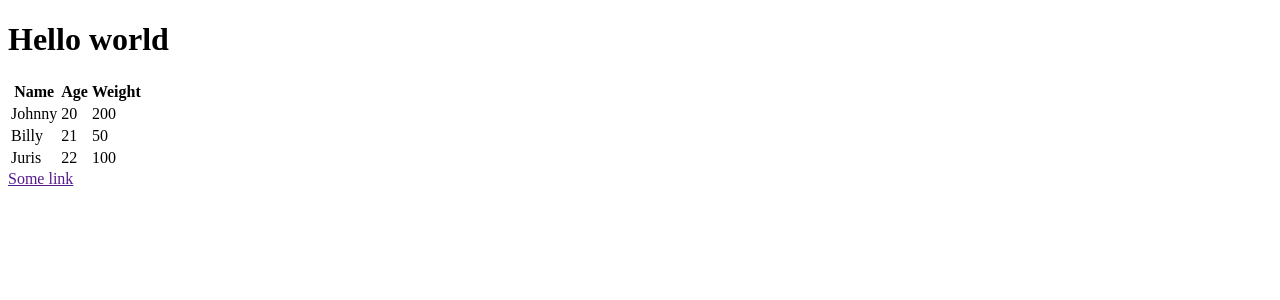
Repository: janismozgis-rcs/gurpa_5_test
Page: http://localhost/
An editor plug-in stored every save of this project. The page is shown before and after the next save, followed by the edit.
The browser window is 1280 px wide. The pictures show the whole page.
The page is run by PHP 8.4 with error messages shown; the project is at /var/www/html/.

Above is the page before, as saved 2018-06-18 20:22:29.

After the next save:
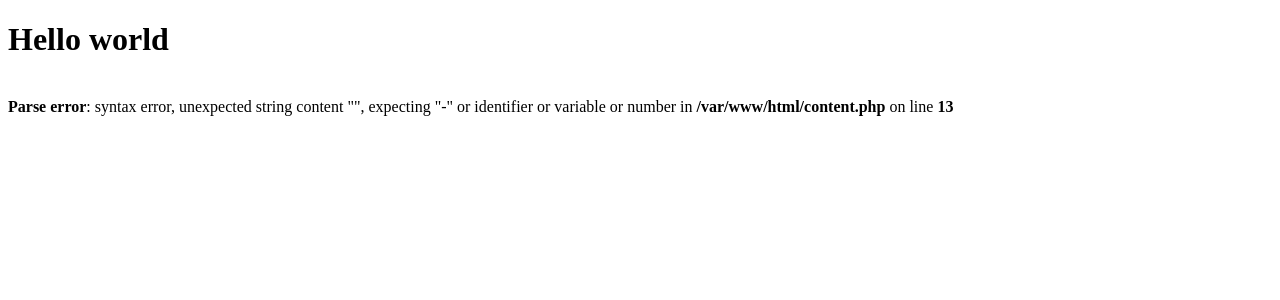
Saved 46 s later.
--- a/content.php
+++ b/content.php
@@ -8,12 +8,12 @@
         </tr>
     </thead>
     <tbody>
-        <?php foreach(getUserData() as $user){ ?>
-            <tr>
+        <?php foreach(getUserData() as $user){
+            echo "<tr>
                 <td><?= $user['name']; ?></td>
                 <td><?= $user['age']; ?></td>
                 <td><?= $user['weight']; ?></td>
-            </tr>
-        <?php } ?>
+            </tr>";
+         } ?>
     </tbody>
 </table>

After the save that followed:
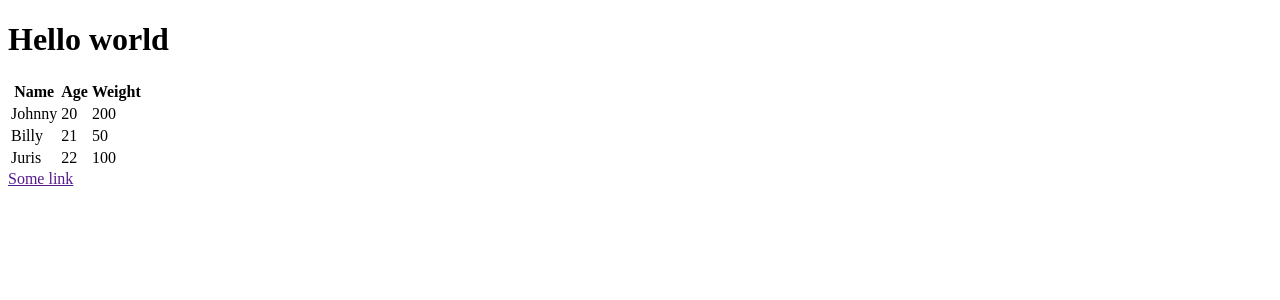
Saved 16 s later.
--- a/content.php
+++ b/content.php
@@ -10,9 +10,9 @@
     <tbody>
         <?php foreach(getUserData() as $user){
             echo "<tr>
-                <td><?= $user['name']; ?></td>
-                <td><?= $user['age']; ?></td>
-                <td><?= $user['weight']; ?></td>
+                <td>" . $user['name'] . "</td>
+                <td>" . $user['age'] . "</td>
+                <td>" . $user['weight'] . "</td>
             </tr>";
          } ?>
     </tbody>
